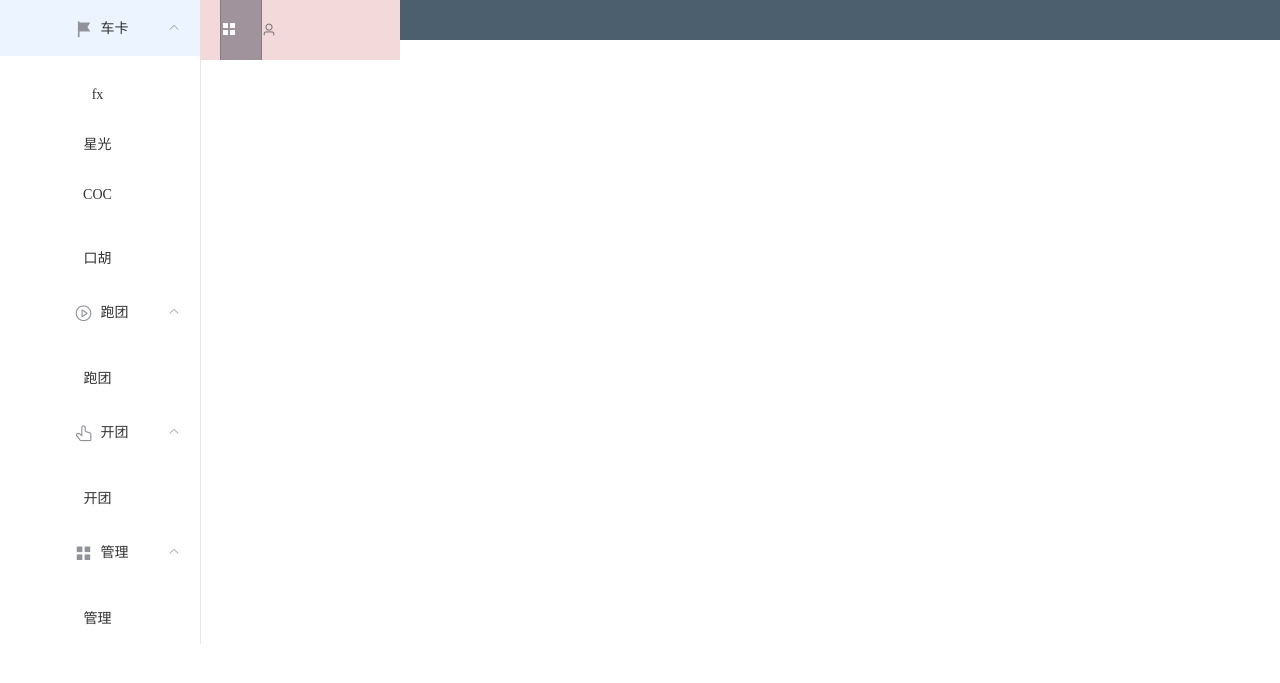
Repository: redlout/ptgkd
Page: /
An editor plug-in stored every save of this project. The page is shown before and after the next save, followed by the edit.
The browser window is 1280 px wide. The pictures show the whole page.
The project was rebuilt for these pictures with package versions that can differ from the ones it lists, and the page was loaded fresh each time. Also part of the build but not shown: src/mock/mock.js, src/views/Login.vue, src/components/SvgIcon/index.vue.

Above is the page before, as saved 2019-09-02 17:46:40.

After the next save:
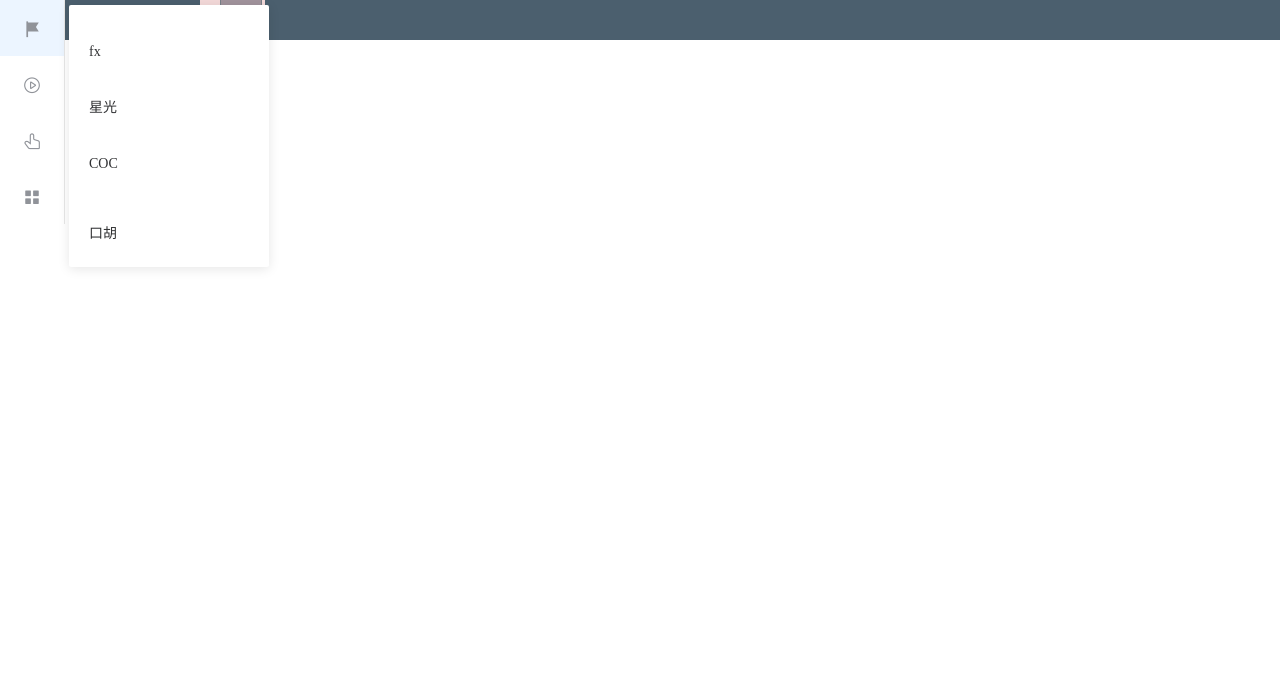
Saved 67 s later.
--- a/src/store/index.js
+++ b/src/store/index.js
@@ -5,7 +5,7 @@
 import collapse from './modules/collapse.js'
 const store = new vuex.Store({
     modules: {
-        collapseState: collapse,
+        collapse: collapse,
         // menu: mymenu
         // 其他
     }

After the 3 saves that followed:
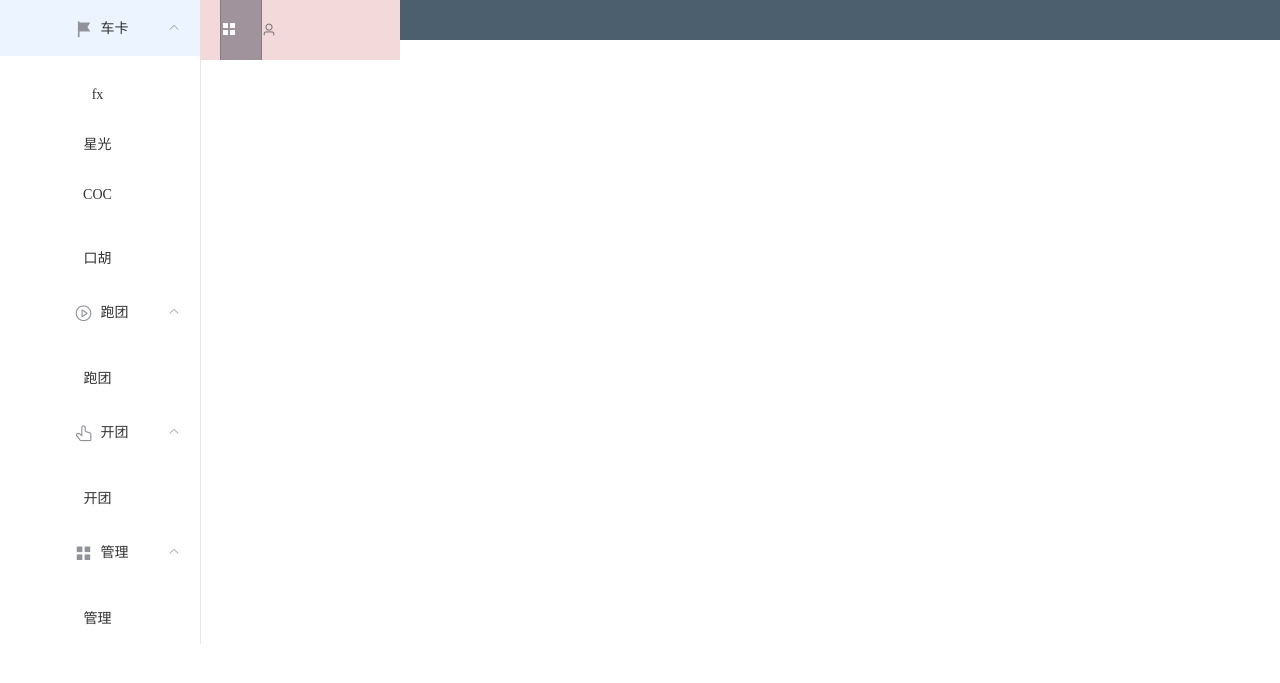
The 3 saves are shown as one change because 2 left the picture as it was.
The last was saved 53 s later.
--- a/src/store/index.js
+++ b/src/store/index.js
@@ -2,12 +2,15 @@
 import vuex from 'vuex'
 
 Vue.use(vuex);
-import collapse from './modules/collapse.js'
+
 const store = new vuex.Store({
-    modules: {
-        collapse: collapse,
-        // menu: mymenu
-        // 其他
+    state:{
+        collapse:false  // 导航栏收缩状态
+    },
+    mutations:{
+        collapse(state){  // 改变收缩状态
+            state.collapse = !state.collapse;
+        }
     }
 })
 
